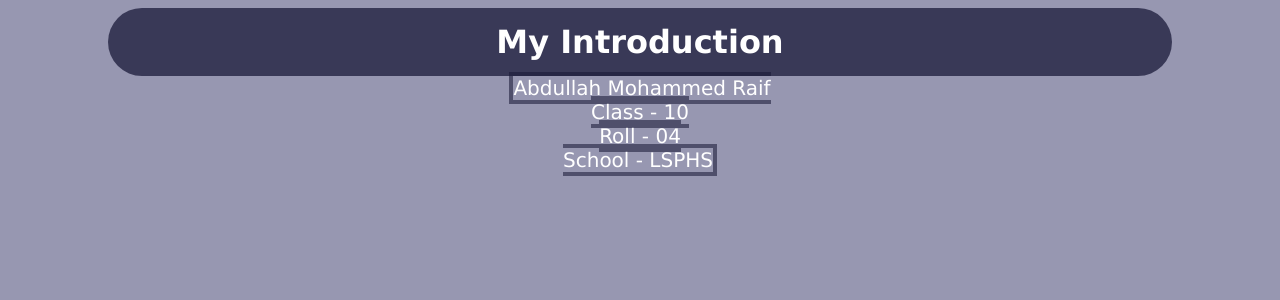
Repository: Raif-007/Portfolio
Page: index.html
An editor plug-in stored every save of this project. The page is shown before and after the next save, followed by the edit.
The browser window is 1280 px wide. The pictures show the whole page.

Above is the page before, as saved 2021-07-05 17:12:23.

### index.html
<!DOCTYPE html>
<html lang="en">

<head>
    <meta charset="UTF-8">
    <meta http-equiv="X-UA-Compatible" content="IE=edge">
    <meta name="viewport" content="width=device-width, initial-scale=1.0">
    <title>Portfolio</title>
    <link rel="stylesheet" href="styles.css">
</head>

<body>

    <h1>
        My Introduction
    </h1>
    <span>

        Abdullah Mohammed Raif
        <br> Class - 10
        <br> Roll - 04
        <br> School - LSPHS



    </span>
</body>

</html>

### styles.css
body {
    background-color: rgba(54, 54, 105, 0.514);
    color: #ffffff;
    font-family: Verdana, Geneva, Tahoma, sans-serif;
    text-align: center;
}

h1 {
    background-color: rgba(25, 25, 56, 0.74);
    padding: 15px;
    margin: 0px 100px;
    border-radius: 50px;
}

span {
    font-size: 20px;
    border: 4px solid rgba(25, 25, 56, 0.568);
}

After the next save:
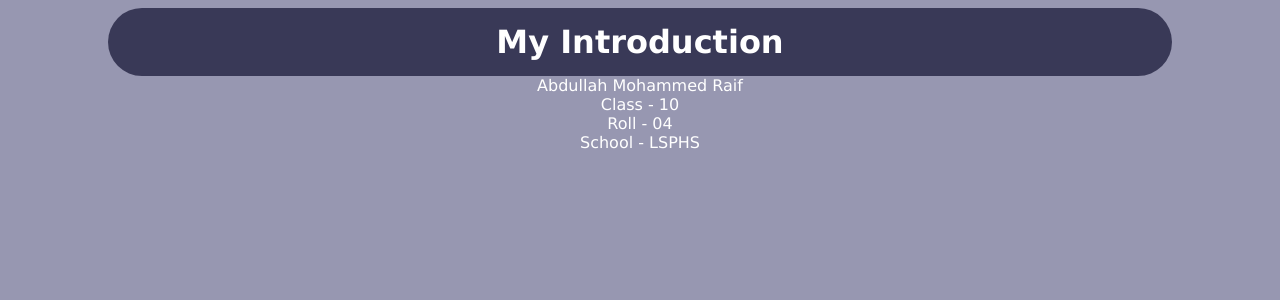
Saved 14 s later.
--- a/index.html
+++ b/index.html
@@ -14,7 +14,7 @@
     <h1>
         My Introduction
     </h1>
-    <span>
+    <div>
 
         Abdullah Mohammed Raif
         <br> Class - 10
@@ -23,7 +23,7 @@
 
 
 
-    </span>
+    </div>
 </body>
 
 </html>
